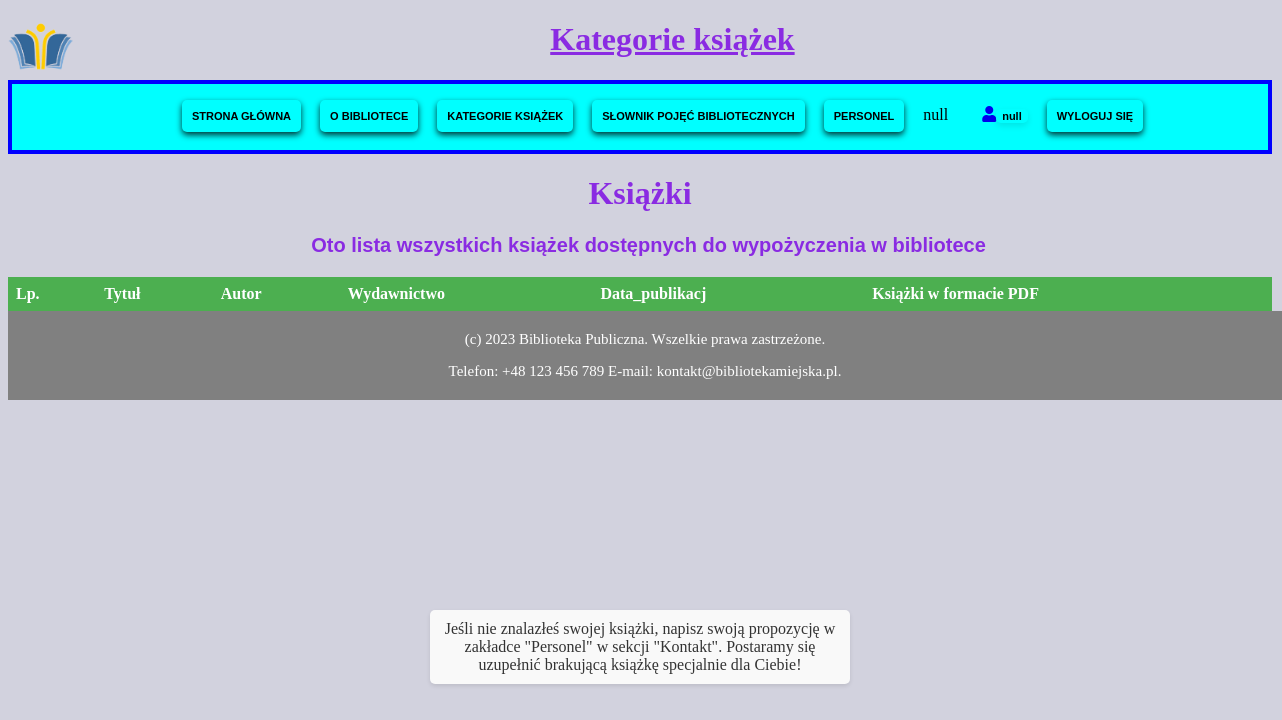
Repository: Dominik098/projekt
Page: http://localhost/biblioteka/C_Kategorie-książek.jsp
These files come from the project's save history. The page is drawn as it stood at one moment and after the next save; the edit follows.
The browser window is 1280 px wide. The page is 1282 px wide, so the pictures cover 1282 px, including what lies to the right of the window. The pictures show the whole page.
The page is served by Tomcat 9. Queries for data that is not in the repository find no rows.

Above is the page before, as saved 2023-06-27 17:49:55.

After the next save:
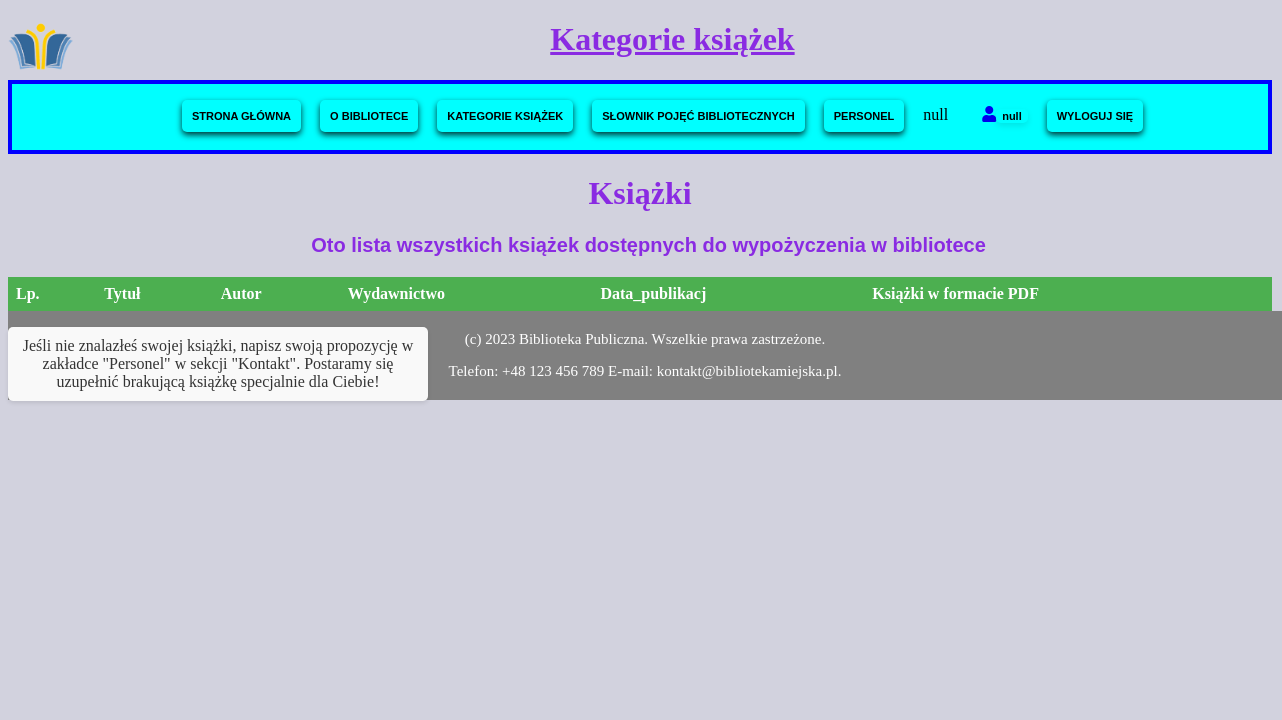
Saved 76 s later.
--- a/java projekt/biblioteka/src/main/webapp/C_kategorie.css
+++ b/java projekt/biblioteka/src/main/webapp/C_kategorie.css
@@ -169,9 +169,7 @@ table {
  }
 #info {
         position: fixed;
-        bottom: 20px;
-        left: 50%;
-        transform: translateX(-50%);
+
         text-align: center;
         background-color: #f9f9f9;
         padding: 10px;
